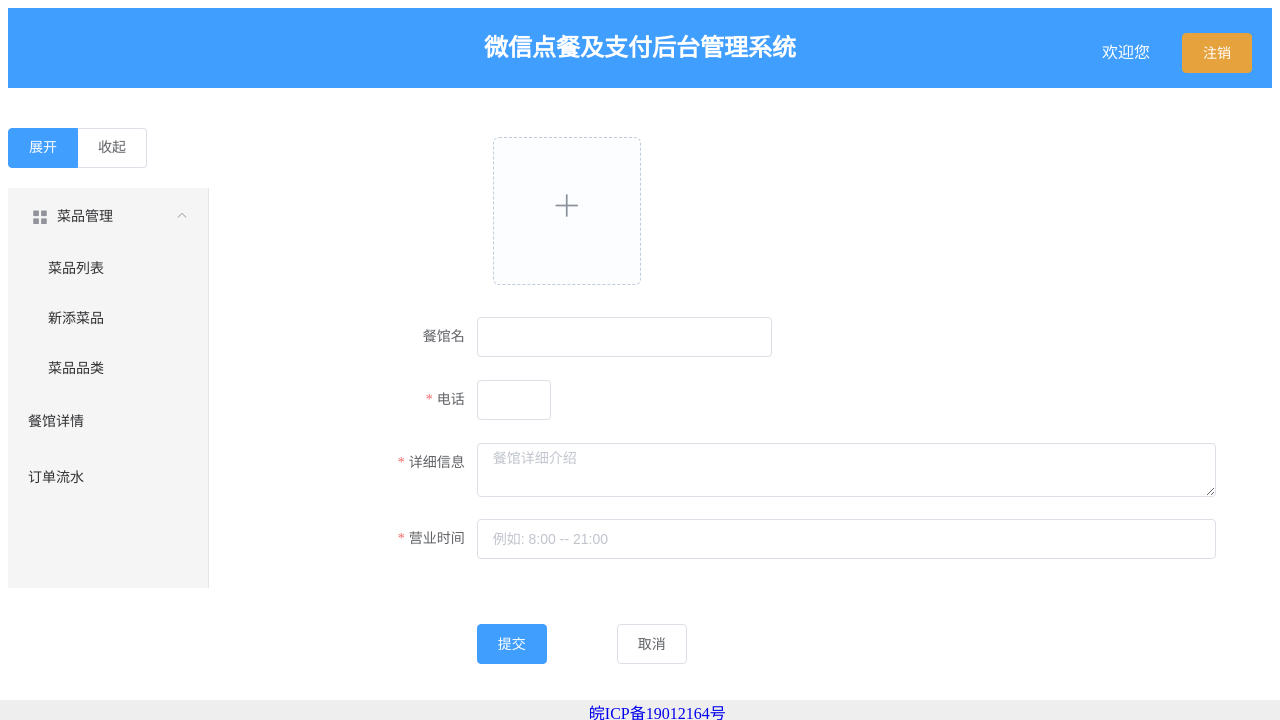
Repository: align-shi/order-web
Page: /pointpayment/hotelTable
An editor plug-in stored every save of this project. The page is shown before and after the next save, followed by the edit.
The browser window is 1280 px wide. The pictures show the whole page.
The page's requests for data from a server got no answer. The project was rebuilt for these pictures with package versions that can differ from the ones it lists, and the page was loaded fresh each time. No one was signed in, and anything a server would have sent is missing. Also part of the build but not shown: src/pages/login.vue.

Above is the page before, as saved 2020-03-11 21:02:49.

### index.html
<!DOCTYPE html>
<html>
  <head>
    <meta charset="utf-8">
    <meta name="viewport" content="width=device-width,initial-scale=1.0">
    <title>pointpayment_ele</title>
  </head>
  <body>
    <div id="app"></div>
    <!-- built files will be auto injected -->
  </body>
  <div style="position: fixed;left: 0px;bottom: 0px;width: 100%;height:20px;background-color: #eee;">
    <a href="http://www.beian.miit.gov.cn" target="_blank" style="margin-left: 46%">皖ICP备19012164号</a>
  </div>
</html>

### src/App.vue
<template>
  <div id="app">
    <transition name="fade" mode="out-in">
			<router-view></router-view>
		</transition>
  </div>
</template>

<script>
export default {
  name: 'App'
}
</script>

<style>
  .header{
    background-color: #409EFF;
    color: white;
    text-align: center;
  }
</style>

### src/pages/main.vue
<template>
    <div>
        <el-container>
            <el-header class="header" height="80px">
                <headers></headers>
            </el-header>
            <el-main>
                <!-- <span v-if="!user" class="loginFont">
                        <el-button type="success"  @click="login">点击登录</el-button>
                </span>   -->
                <div class="centerContent">
                    <transition name="fade" mode="out-in">
						<router-view></router-view>
					</transition>
                </div>

            </el-main>

            <el-aside>
                    <navMenuVue></navMenuVue>
            </el-aside>

        </el-container>

    </div>
</template>

<script>

    import headers from '../components/header.vue';
    import navMenuVue from '../components/NavMenu.vue';

    export default {

        created:function(){

        },
        methods: {
            login () {
                this.$router.replace('/login')
            },
            logout () {
                this.$store.dispatch('logout').then(() => {
                    this.$router.replace('/login')
                })
            },
            dataPath(){
                this.$router.replace('/dataTable')
            },
            getStatus (urlStr) {
                var urlStrArr = urlStr.split('/')
                return urlStrArr[urlStrArr.length - 1]
            }
        },

        computed: {
            user () {
                return this.$store.state.user
            }
        },
        components: {
            headers,
            navMenuVue,
            key() {
                return this.$route.name !== undefined? this.$route.name +new Date(): this.$route +new Date()
            }
         },
         watch:{
            '$route' (to, from) {
                // console.log(this.getStatus(this.$route.path))
             }
         }
    }
</script>
<style>

    .userContent{
        position: relative;
        top: -50px;
        float: right;
    }
    .centerContent{
        position: absolute;
        top: 19%;
        left:15%;
        width:80%;
    }
    .loginFont{
        top: 30%;
        position: absolute;
        left:46%;
    }
</style>

### src/components/createMenu.vue
<template>
    <div class="form">
          <el-upload
            class="upload"
            action=""
            list-type="picture-card"
            :on-preview="handlePictureCardPreview"
            :on-remove="handleRemove"
            :limit = 1
            :before-upload="UpladFile"
            >
            <!--  :on-change="saveFile"  :auto-upload="false"  :on-change="saveFile" :auto-upload="false" :before-upload="UpladFile" -->
            <i class="el-icon-plus"></i>
          </el-upload>
          <el-dialog :visible.sync="dialogVisible">
            <img width="100%" :src="dialogImageUrl" alt="">
          </el-dialog>

          <el-form :model="form" label-width="80px" :rules="formRules" ref="form">
            <el-form-item label="菜名" prop="dishes">
              <el-input v-model="form.dishes" auto-complete="off" style="width:40%"></el-input>
            </el-form-item>

            <el-form-item label="价格" prop="price">
              <el-input v-model="form.price" auto-complete="off" style="width:10%"></el-input>
            </el-form-item>

            <el-form-item label="菜品类别" prop="typeId">
              <el-select clearable  v-model="form.typeId" placeholder="菜品类别" autocomplete="off"
                      style="width: 30%">
              <el-option v-for="item in typeList" :key="item.id" :label="item.typeName"
                        :value="item.id"></el-option>
              </el-select>
            </el-form-item>
          </el-form>

        <div class="buttons">
            <el-button type="primary" @click.native="submit" :loading="submitLoading">提交</el-button>
            <el-button @click.native="clean" style="margin-left:5em;">取消</el-button>
        </div>

    </div>
</template>
<script>
    export default {

        data(){
            return{
                file:{},
                dialogVisible:false,
                dialogImageUrl:'',
                fileList:[],        //文件列表
                typeList:[],        //菜品类别表
                form: {             //提交表单
                  dishes:'',
                  price:'',
                  picture:'',
                  typeId:'',
                },
                submitLoading:false,
                uploadingFile:false,
                //表单验证
                formRules: {
                  dishes: [
                    { required: true, message: '请输入菜名', trigger: 'blur' },
                  ],
                  price: [
                    { required: true, message: '请输入价格', trigger: 'blur' },
                  ],
                  typeId:[
                    { required: true, message: '请输入菜品类别', trigger: 'blur' },
                  ],
                },
            }
        },
        created:function(){
            this.getTypeList()
        },
        methods: {
            // saveFile(file){
            //     this.file  = file.raw;
            //     this.fileList = [...this.fileList, this.file];
            // },
            submit(){
                this.$refs.form.validate((valid) => {
					if (valid) {
						this.$confirm('确认提交吗？', '提示', {}).then(() => {
                        this.submitLoading = true;
                        let para = Object.assign({}, this.form);
							// para.publishingDate = (!para.publishingDate || para.publishingDate == '') ? '':util.formatDate.format(new Date(para.publishingDate), 'yyyy-MM-dd');
                            this.submitMenu(para);
						});
					}
				});
            },
            submitMenu:function(para){
                // alert(JSON.stringify(para));
                this.$axios.post('/menu/insert',para).then((res) => {
                    if(res.data!=null){
                        this.$message.success('提交成功');
                    }
                    this.$refs['form'].resetFields();
                    this.editLoading = false;

                }).catch(function(error){
                        console.log(error);
                })
            },
            getTypeList(){
                this.$axios.post('/type/list').then((res) =>{
                this.typeList = res.data;
                })
            },
            handleRemove(file, fileList) {
                console.log(file, fileList);
            },
            handlePictureCardPreview(file) {
                this.dialogImageUrl = file.url;
                this.dialogVisible = true;
            },
            a(){

            },
            UpladFile(file){

                this.fileList = [...this.fileList,file];
                const formData = new FormData();
                var list = this.fileList;
                var that = this;
                list.forEach((file) => {
                    console.log(file);
                    formData.append('files',file);
                });

                formData.append('path','pic');
                this.$axios.post('/file/uploadFile',formData).then((res) => {
                    if(res.data!=null){
                        this.fileList= [];
                        this.form.picture = res.data[0];

                    }
                }).catch(function(error){
                    this.uploadingFile = false;
                })
                this.uploadingFile = false;
            }
        },
        computed: {

        }
    }
</script>
<style>
    .upload{
      margin-left: 6em;
      margin-bottom: 2em;
    }

    .form{
        margin-top:2%;
        margin-left:20%;
    }

    .buttons{
        margin-top:4em;
        margin-left:5em;
    }
</style>

### src/components/orderTable.vue
<template>
    <div>
        <div style="margin-bottom: 1em;">
            <el-col :span="2">
                <el-input v-model="order.tablenumber"  placeholder="请输入桌号名"></el-input>
            </el-col>

            <el-col :span="5" :offset="1">
                <el-input v-model="order.wxaccount"  placeholder="顾客微信名" ></el-input>
            </el-col>
            <el-button @click="search" icon="el-icon-search">搜索</el-button>
        </div>


        <el-table ref="multipleTable" :data="tableData.slice((currentPage-1)*pageSize,currentPage*pageSize)" border style="width: 100%"
            @selection-change="handleSelectionChange" :cell-style="cellStyle" :header-cell-style="rowClass">


            <el-table-column type="expand">
                <template slot-scope="props">
                    <el-form label-position="left" inline class="demo-table-expand">
                        <div>
                            <el-card class="box-card" shadow="hover" v-for="(item,i) in props.row.carts" :key="i"
                                style="float:left;margin-left:1em;margin-bottom:.5em;background-color:#F5F5F5">
                                菜品 : {{item.dishes}}   &#12288;&#12288;单价 : {{item.price}}    &#12288;&#12288;数量 : {{item.quantity}}
                            </el-card>
                        </div>

                    </el-form>
                </template>
            </el-table-column>

            <el-table-column prop="openId" label="用户标识" show-overflow-tooltip width="140"></el-table-column>
            <el-table-column prop="wxaccount" label="顾客微信名" align="center"></el-table-column>
            <el-table-column prop="tablenumber" label="桌号" show-overflow-tooltip width="200"></el-table-column>
            <el-table-column prop="money" label="总额(元)" width="100"></el-table-column>

            <el-table-column label="操作">
            <template slot-scope="scope">
                <el-button type="warning" plain @click="handleChangeStatus(scope.$index, scope.row)" v-show="scope.row.status == 1">
                  请求处理    <i class="el-icon-loading"></i>
                </el-button>
                <div v-show="scope.row.status == 2"> 已处理&#12288;<i class="el-icon-check"></i></div>
                <!-- <i class="el-icon-check" v-show="scope.row.status == 2"></i> -->
            </template>
          </el-table-column>
        </el-table>

        <el-pagination background
            @size-change="handleSizeChange"
            @current-change="handleCurrentChange"
            :current-page="currentPage"
            :page-sizes="[5,10,50, 100]"
            :page-size="pageSize"
            layout="total, sizes, prev, pager, next, jumper"
            :total="total">
        </el-pagination>
    </div>
</template>

<script>
export default {
    data(){
        return {

                total:5,
                currentPage: 1,
　　　　　　　　　pageSize: 5,

                msg:"",//记录每一条的信息，便于取id

                tableData: [],
                multipleSelection: [],
                order:{
                    tablenumber:null,
                    wxaccount:''
                }

        }
    },

    created: function(){
      this.getPackData();
    },

    mounted() {
			this.getPackData();
    },
    methods: {

      getPackData() {

        this.$axios({
            method: 'post',
            url: '/order/getListBy',
            data:{}
        }).then((res) => {
            this.tableData = res.data;
            this.total=this.tableData.length;
            // alert(JSON.stringify(res.data));
        }).catch(function(error){
            console.log(error);
        })

      },
      search(){
        this.$axios({
            method: 'post',
            url: '/order/getListBy',
            data:this.order
        }).then((res) => {
            this.tableData = res.data;
            this.total=this.tableData.length;
            // alert(JSON.stringify(res.data));
        }).catch(function(error){
            console.log(error);
        })
      },
      toggleSelection(rows) {
          if (rows) {
              rows.forEach(function(row)  {
                  this.$refs.multipleTable.toggleRowSelection(row);
              });
          } else {
              this.$refs.multipleTable.clearSelection();
          }
      },
      handleSelectionChange(val) {
          this.multipleSelection = val;
      },
      callbackFunction(result) {
                alert(result + "aaa");
            },
      handleSizeChange(val){
        this.pageSize = val;
        this.currentPage = 1;
        // this.fetchData(1, val);
        // console.log(`每页 ${val} 条`);
      },
      handleCurrentChange(val){
        this.currentPage = val;
        // this.fetchData(val, this.pageSize);
        // console.log(`当前页: ${val}`);
      },
      cellStyle({row,column,rowIndex,columnIndex}){
        return "text-align:center;"
      },
      rowClass({row,rowIndex}){
        return "text-align:center;"
      },

      handleChangeStatus:function(index,row){

        this.$axios({
            method: 'post',
            url: '/order/handleOrder',
            params:{id:row.id}
        }).then((res) =>{
          if(res.data == true){
            this.$message.success('处理成功');
          }
          row.status = 2;
        }).catch(function(error){
          console.log(error)
          that.$message.error('处理失败')
        })

      }

    }

}
</script>
<style>
    .el-table th {
        text-align: center;
    }

    /* .el-table tbody tr td:first-child {
        text-align: center;
    } */
    .upload{
      margin-left: 6em;
      margin-bottom: 2em;
    }
</style>

### src/components/hotelTable.vue
<template>
    <div class="form">

        <el-upload
            class="upload"
            action=""
            list-type="picture-card"
            :on-preview="handlePictureCardPreview"
            :on-remove="handleRemove"
            :limit = 1
            :before-upload="UpladFile"
            >
            <!--  :on-change="saveFile"  :auto-upload="false"  :on-change="saveFile" :auto-upload="false" :before-upload="UpladFile" -->
            <i class="el-icon-plus"></i>
        </el-upload>
        <el-dialog :visible.sync="dialogVisible">
            <img width="100%" :src="dialogImageUrl" alt="">
        </el-dialog>

        <el-form :model="form" label-width="80px" :rules="formRules" ref="form">
            <el-form-item label="餐馆名" prop="name">
                <el-input v-model="form.dishes" auto-complete="off" style="width:40%"></el-input>
            </el-form-item>

            <el-form-item label="电话" prop="price">
                <el-input v-model="form.price" auto-complete="off" style="width:10%"></el-input>
            </el-form-item>

            <el-form-item label="详细信息" prop="price">
                <el-input type="textarea" rows="2" placeholder="餐馆详细介绍" v-model="textarea">
                </el-input>
            </el-form-item>

            <el-form-item label="营业时间" prop="price">
                <el-input  placeholder="例如: 8:00 -- 21:00" v-model="textarea">
                </el-input>
            </el-form-item>

        </el-form>

        <div class="buttons">
            <el-button type="primary" @click.native="submit" :loading="submitLoading">提交</el-button>
            <el-button @click.native="clean" style="margin-left:5em;">取消</el-button>
        </div>
    </div>
</template>
<script>
    export default {

        data(){
            return{
                file:{},
                dialogVisible:false,
                dialogImageUrl:'',
                fileList:[],        //文件列表
                typeList:[],        //菜品类别表
                form: {             //提交表单
                  dishes:'',
                  price:'',
                  picture:'',
                  typeId:'',
                },
                submitLoading:false,
                uploadingFile:false,
                //表单验证
                formRules: {
                  dishes: [
                    { required: true, message: '请输入菜名', trigger: 'blur' },
                  ],
                  price: [
                    { required: true, message: '请输入价格', trigger: 'blur' },
                  ],
                  typeId:[
                    { required: true, message: '请输入菜品类别', trigger: 'blur' },
                  ],
                },
            }
        },
        created:function(){
            this.getTypeList()
        },
        methods: {
            // saveFile(file){
            //     this.file  = file.raw;
            //     this.fileList = [...this.fileList, this.file];
            // },
            submit(){
                this.$refs.form.validate((valid) => {
					if (valid) {
						this.$confirm('确认提交吗？', '提示', {}).then(() => {
                        this.submitLoading = true;
                        let para = Object.assign({}, this.form);
							// para.publishingDate = (!para.publishingDate || para.publishingDate == '') ? '':util.formatDate.format(new Date(para.publishingDate), 'yyyy-MM-dd');
                            this.submitMenu(para);
						});
					}
				});
            },
            submitMenu:function(para){
                // alert(JSON.stringify(para));
                this.$axios.post('/menu/insert',para).then((res) => {
                    if(res.data!=null){
                        this.$message.success('提交成功');
                    }
                    this.$refs['form'].resetFields();
                    this.editLoading = false;

                }).catch(function(error){
                        console.log(error);
                })
            },
            getTypeList(){
                this.$axios.post('/type/list').then((res) =>{
                this.typeList = res.data;
                })
            },
            handleRemove(file, fileList) {
                console.log(file, fileList);
            },
            handlePictureCardPreview(file) {
                this.dialogImageUrl = file.url;
                this.dialogVisible = true;
            },
            a(){

            },
            UpladFile(file){

                this.fileList = [...this.fileList,file];
                const formData = new FormData();
                var list = this.fileList;
                var that = this;
                list.forEach((file) => {
                    console.log(file);
                    formData.append('files',file);
                });

                formData.append('path','pic');
                this.$axios.post('/file/uploadFile',formData).then((res) => {
                    if(res.data!=null){
                        this.fileList= [];
                        this.form.picture = res.data[0];

                    }
                }).catch(function(error){
                    this.uploadingFile = false;
                })
                this.uploadingFile = false;
            }
        },
        computed: {

        }
    }
</script>
<style>
    .upload{
      margin-left: 6em;
      margin-bottom: 2em;
    }

    .form{
        margin-top:0%;
        margin-left:20%;
    }

    .buttons{
        margin-top:4em;
        margin-left:5em;
    }
</style>

### src/components/header.vue
<template>
    <div id="header">
        <h2>微信点餐及支付后台管理系统</h2>
        <div class="userContent">
            <span>
                <label>欢迎您</label>&nbsp;&nbsp;&nbsp;{{this.username}}&nbsp;&nbsp;&nbsp;&nbsp;
                <el-button type="warning"  @click="login" style="">注销</el-button>
            </span>
        </div>
    </div>
</template>

<script>
    export default {

        data(){
            return{
                username:''
            }
        },
        created:function(){
            this.username=this.getUserName();
        },
        methods: {
            login () {
                this.$router.replace('/login')
            },
            logout () {
                this.$store.dispatch('logout').then(() => {
                    this.$router.replace('/login')
                })
            },
            dataPath(){
                this.$router.replace('/dataTable')
            },
            getUserName(){
                if (document.cookie.length > 0) {
                    var arr = document.cookie.split('; '); //这里显示的格式需要切割一下自己可输出看下
                    for (var i = 0; i < arr.length; i++) {
                        var arr2 = arr[i].split('='); //再次切割
                        if (arr2[0] == 'userName') {
                            return arr2[1];
                        }
                    }
                }
            }
        },
        computed: {
            user () {
                return this.$store.state.user
            }
        }
    }
</script>
<style>
    .userContent{
        position: relative;
        top: -40px;
        float: right;
    }
</style>

### src/components/NavMenu.vue
<template>
    <div id="navMenu">
        <el-radio-group v-model="isCollapse" style="margin-bottom: 20px;">
            <el-radio-button :label="false">展开</el-radio-button>
            <el-radio-button :label="true">收起</el-radio-button>
        </el-radio-group>

         <el-menu default-active="1" class="el-menu-vertical-demo"
            @open="handleOpen" @close="handleClose" :collapse="isCollapse" @select="handleSelect" :router="true"
            background-color="#F5F5F5">

            <el-submenu v-for="(item,i) in navList" :key="'1'+i" v-show="item.second" :index="item.name">
                <template slot="title">
                    <i class="el-icon-menu"></i>
                    <span>{{ item.navItem}}</span>
                </template>
                <el-menu-item v-for="(sec,j) in item.second" :key="j" :index="sec.name">{{sec.navItem}}</el-menu-item>
            </el-submenu>

            <el-menu-item v-for="(item,i) in navList" :key="i" v-show="!item.second" :index="item.name">
            {{ item.navItem }}
            </el-menu-item>


        </el-menu>
    </div>
</template>

<script>
    export default {
        data() {
            return {
                isCollapse: false,
                navList:[
                    {name:'/hotelTable',navItem:'餐馆详情'},
                    {name:'/orderTable',navItem:'订单流水'},
                    {name:'1',navItem:'菜品管理',
                        second:[{name:'/menuTable',navItem:'菜品列表'},
                                {name:'/createMenu',navItem:'新添菜品'},
                                {name:'/typeTable',navItem:'菜品品类'}]},
                ]
            };
        },
        created:function(){

        },
        methods: {
            handleOpen(key, keyPath) {
                // console.log(key, keyPath);
            },
            handleClose(key, keyPath) {
                // console.log(key, keyPath);
            },
            handleSelect(key, keyPath) {
                // console.log(key, keyPath);
                this.$router.push(key);
            }
        }
  }
</script>
<style>
    .el-menu-vertical-demo:not(.el-menu--collapse) {
        width: 200px;
        min-height: 400px;
    }
</style>

Loaded but not shown: src/router/index.js (45 lines, source omitted); src/main.js (27 lines, source omitted); src/components/menuTable.vue (352 lines, source omitted); src/components/typeTable.vue (306 lines, source omitted)

After the next save:
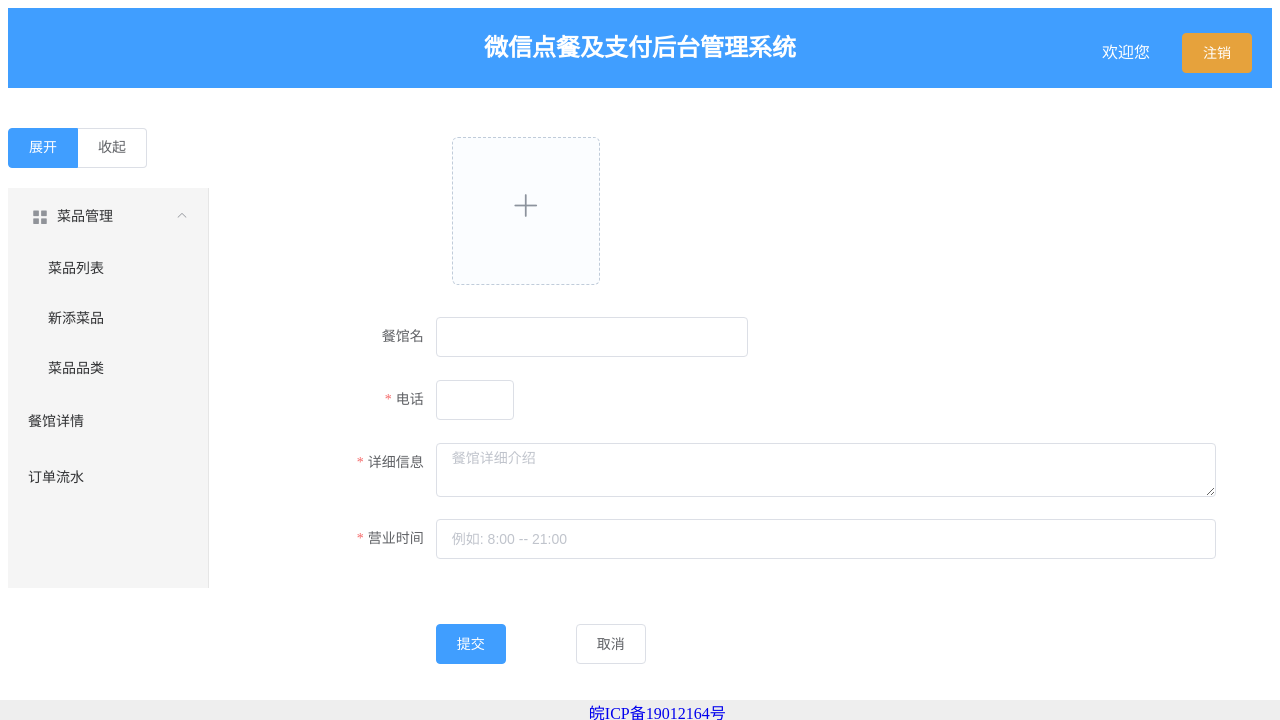
Saved 9 s later.
--- a/src/components/hotelTable.vue
+++ b/src/components/hotelTable.vue
@@ -161,7 +161,7 @@
 
     .form{
         margin-top:0%;
-        margin-left:20%;
+        margin-left:16%;
     }
 
     .buttons{
